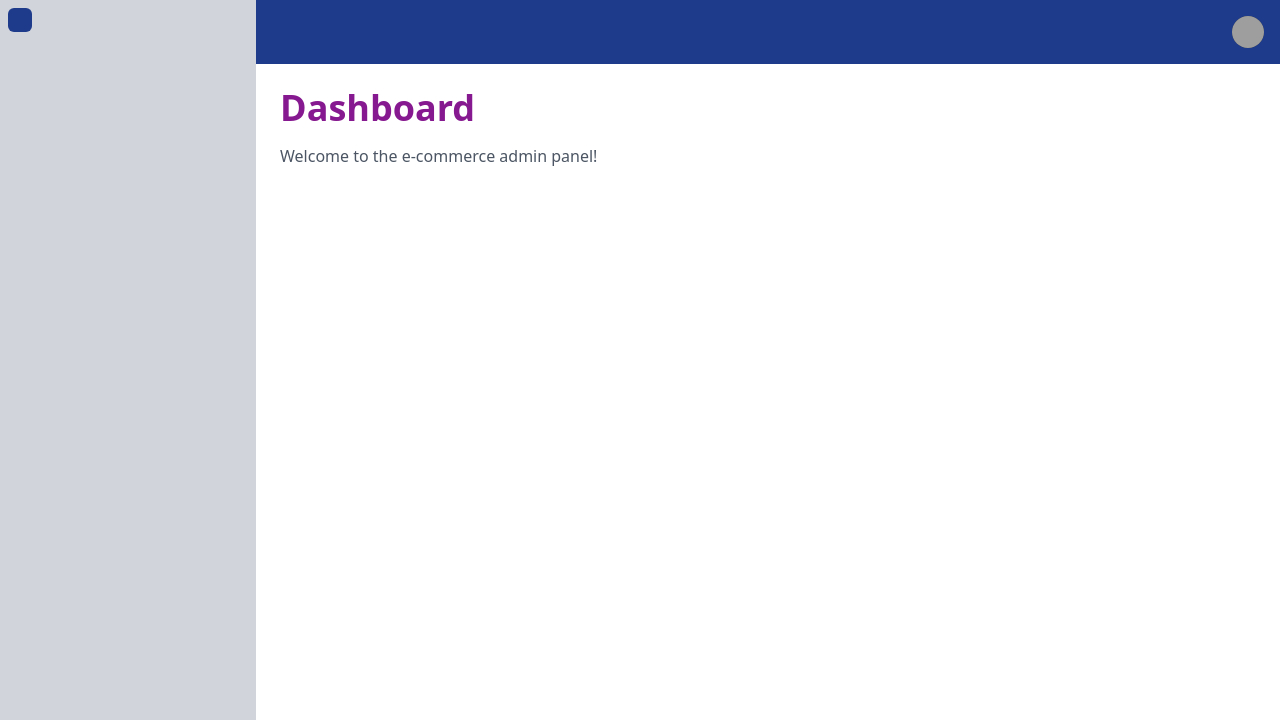
Repository: alizey12/POS-React-website
Page: /dashboard
An editor plug-in stored every save of this project. The page is shown before and after the next save, followed by the edit.
The browser window is 1280 px wide. The pictures show the whole page.
Pictures or frames that could not be fetched are drawn as grey boxes. The project was rebuilt for these pictures with package versions that can differ from the ones it lists, and the page was loaded fresh each time. Also part of the build but not shown: vite.config.js, src/login.jsx.

Above is the page before, as saved 2024-12-31 16:25:17.

### src/App.jsx
import { BrowserRouter as Router, Routes, Route } from 'react-router-dom';
import LoginPage from "./login"
import Dashboard from './Dashboard';

function App() {
  return (
    <Router>
      <Routes>
        <Route path="/" element={<LoginPage />} />
        <Route path="/dashboard" element={<Dashboard />} />
      </Routes>
    </Router>
  );
}

export default App;

### src/Dashboard.jsx
// import { useState } from 'react';
import Navbar from './navbar';
import Sidebar from './sidebar';

const Dashboard = () => {
  // const [isSidebarOpen, setIsSidebarOpen] = useState(true);

  // const toggleSidebar = () => {
  //   setIsSidebarOpen(!isSidebarOpen);
  // };

  return (
    <div className="h-screen  flex overflow-hidden">
      {/* Sidebar Section */}
      <div
        className={`bg-gray-300 transition-all duration-300 ${
          // isSidebarOpen ?
          'w-64'
        }`}
      >
        <Sidebar />
      </div>

      {/* Main Content Section */}
      <div className="flex-1 flex flex-col">
        <Navbar />
        <div className="p-6">
          <h1 className="text-4xl font-bold text-fuchsia-800">Dashboard</h1>
          <p className="mt-4 text-gray-600">Welcome to the e-commerce admin panel!</p>
        </div>
      </div>
    </div>
  );
};

export default Dashboard;

### src/navbar.jsx


const navbar = () => {
  return (
    <div>


<nav className="bg-blue-900 border-gray-900 dark:bg-gray-900 ">
  <div className="max-w-screen-xl flex flex-wrap items-center justify-between mx-auto p-4">


      <span className="self-center text-2xl font-semibold whitespace-nowrap text-white dark:text-white"></span>
  <div className="flex items-center md:order-2 space-x-3 md:space-x-0 rtl:space-x-reverse">
      <button type="button" className="flex text-sm bg-gray-800 rounded-full md:me-0 focus:ring-4 focus:ring-gray-300 dark:focus:ring-gray-600" id="user-menu-button" aria-expanded="false" data-dropdown-toggle="user-dropdown" data-dropdown-placement="bottom">
        <span className="sr-only">Open user menu</span>
        <img className="w-8 h-8 rounded-full" src="/docs/images/people/profile-picture-3.jpg" alt="user photo"/>
      </button>

      <div className="z-50 hidden my-4 text-base list-none bg-white divide-y divide-gray-100 rounded-lg shadow dark:bg-gray-700 dark:divide-gray-600" id="user-dropdown">
        <div className="px-4 py-3">
          <span className="block text-sm text-gray-900 dark:text-white">Bonnie Green</span>
          <span className="block text-sm  text-gray-500 truncate dark:text-gray-400">name@flowbite.com</span>
        </div>
        <ul className="py-2" aria-labelledby="user-menu-button">
          <li>
            <a href="#" className="block px-4 py-2 text-sm text-gray-700 hover:bg-gray-100 dark:hover:bg-gray-600 dark:text-gray-200 dark:hover:text-white">Dashboard</a>
          </li>
          <li>
            <a href="#" className="block px-4 py-2 text-sm text-gray-700 hover:bg-gray-100 dark:hover:bg-gray-600 dark:text-gray-200 dark:hover:text-white">Settings</a>
          </li>
          <li>
            <a href="#" className="block px-4 py-2 text-sm text-gray-700 hover:bg-gray-100 dark:hover:bg-gray-600 dark:text-gray-200 dark:hover:text-white">Earnings</a>
          </li>
          <li>
            <a href="#" className="block px-4 py-2 text-sm text-gray-700 hover:bg-gray-100 dark:hover:bg-gray-600 dark:text-gray-200 dark:hover:text-white">Sign out</a>
          </li>
        </ul>
      </div>
      <button data-collapse-toggle="navbar-user" type="button" className="inline-flex items-center p-2 w-10 h-10 justify-center text-sm text-gray-500 rounded-lg md:hidden hover:bg-gray-100 focus:outline-none focus:ring-2 focus:ring-gray-200 dark:text-gray-400 dark:hover:bg-gray-700 dark:focus:ring-gray-600" aria-controls="navbar-user" aria-expanded="false">
        <span className="sr-only">Open main menu</span>
        <svg className="w-5 h-5" aria-hidden="true" xmlns="http://www.w3.org/2000/svg" fill="none" viewBox="0 0 17 14">
            <path stroke="currentColor" strokeLinecap="round" strokeLinejoin="round" strokeWidth="2" d="M1 1h15M1 7h15M1 13h15"/>
        </svg>
    </button>
  </div>

  </div>
</nav>

    </div>
  )
}

export default navbar

### src/sidebar.jsx
import { useState } from 'react';
import { CgCloseO } from "react-icons/cg";
const Sidebar = () => {
  const [isOpen, setIsOpen] = useState(false);
  const [isSubMenuOpen, setIsSubMenuOpen] = useState(false);
  const toggleSidebar = () => setIsOpen(!isOpen);
  const toggleSubMenu = () => setIsSubMenuOpen(!isSubMenuOpen);

  return (
    <div className="flex">
      <button
        onClick={toggleSidebar}
        className="p-3 m-2 bg-blue-900 text-white rounded-md focus:outline-none"
      >
        {isOpen ? 'Close Menu' : ''}
      </button>

      <aside
        className={`fixed top-0 left-0 w-64 h-screen bg-gray-800 text-white transform ${
          isOpen ? 'translate-x-0' : '-translate-x-full'
        } transition-transform duration-300`}
      >
        <div className="p-4">
        <div className="flex items-center justify-between">
            <h2 className="text-2xl font-bold">Dashboard</h2>
            <CgCloseO
              onClick={toggleSidebar}
              className="w-6 h-6 cursor-pointer hover:text-red-500"
            />
          </div>
          <ul className="mt-4">
            <li className="p-2 hover:bg-gray-700 rounded-md cursor-pointer">Home</li>
            <li className="p-2 hover:bg-gray-700 rounded-md cursor-pointer">Profile</li>
            <li>
              <button
                onClick={toggleSubMenu}
                className="flex justify-between w-full p-2 hover:bg-gray-700 rounded-md"
              >
                E-commerce
                <span>{isSubMenuOpen ? '▲' : '▼'}</span>
              </button>
              <ul className={`pl-6 mt-2 ${isSubMenuOpen ? 'block' : 'hidden'}`}>
                <li className="p-2 hover:bg-gray-700 rounded-md cursor-pointer">Products</li>
                <li className="p-2 hover:bg-gray-700 rounded-md cursor-pointer">Orders</li>
                <li className="p-2 hover:bg-gray-700 rounded-md cursor-pointer">Invoices</li>
              </ul>
            </li>
            <li className="p-2 hover:bg-gray-700 rounded-md cursor-pointer">Settings</li>
          </ul>
        </div>
      </aside>
    </div>
  );
};

export default Sidebar;

Loaded but not shown: index.html (common file); src/main.jsx (common file); src/index.css (common file); tailwind.config.js (common file)

After the next save:
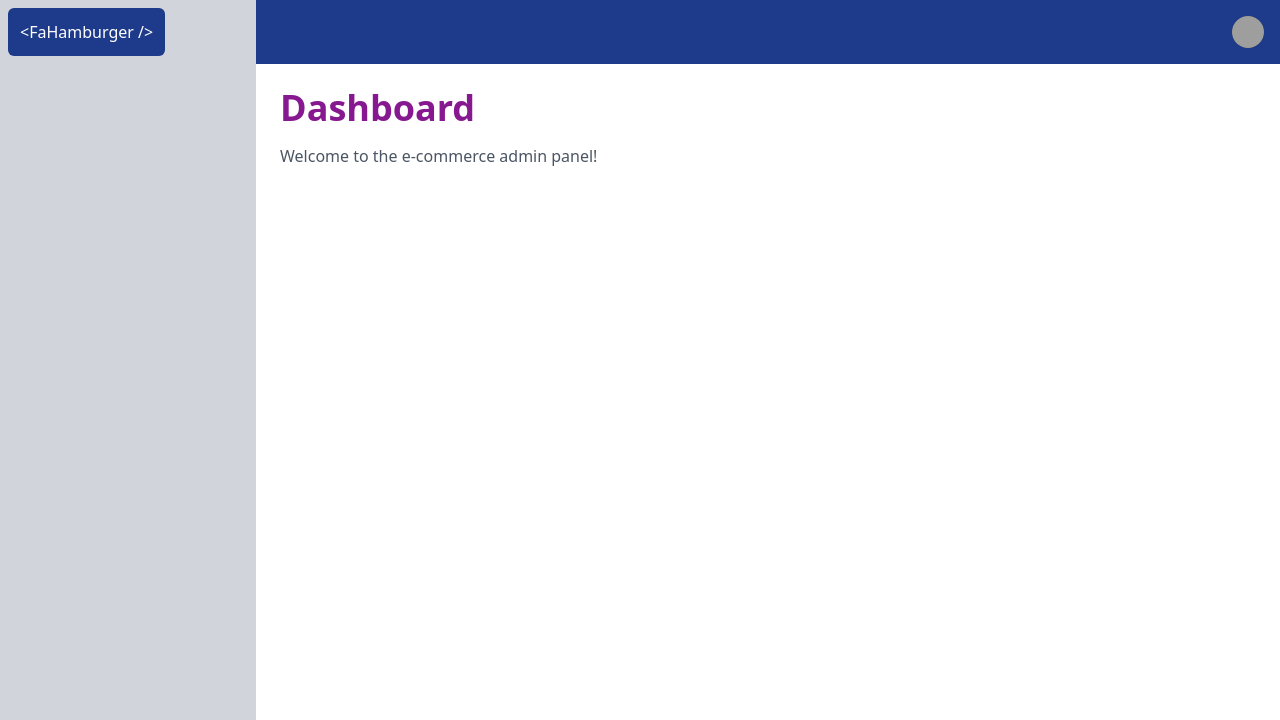
Saved 9 s later.
--- a/src/sidebar.jsx
+++ b/src/sidebar.jsx
@@ -12,7 +12,7 @@ const Sidebar = () => {
         onClick={toggleSidebar}
         className="p-3 m-2 bg-blue-900 text-white rounded-md focus:outline-none"
       >
-        {isOpen ? 'Close Menu' : ''}
+        {isOpen ? 'Close Menu' : '<FaHamburger />'}
       </button>
 
       <aside
